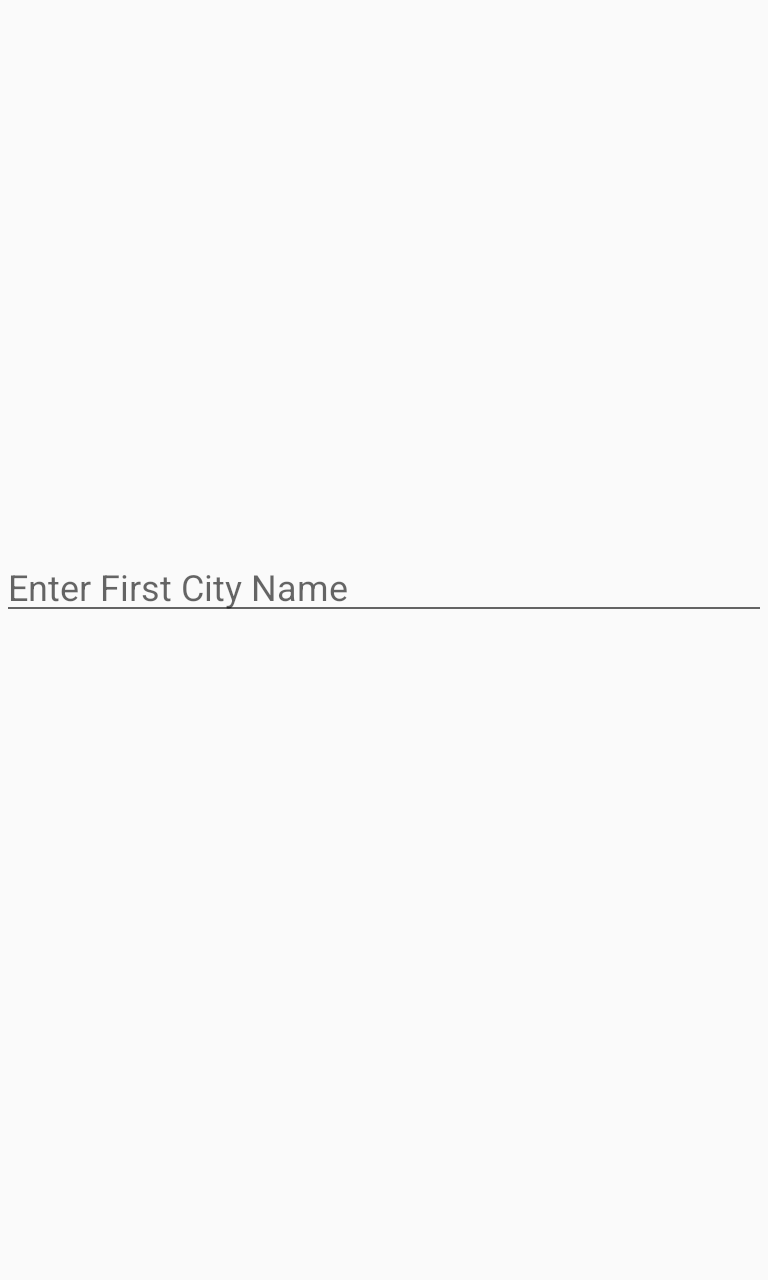
Repository: bhameamit/LeftShiftTask
Layout: LeftShiftTask/LeftShiftTak/res/layout/activity_main.xml
An editor plug-in stored every save of this project. The layout is shown before and after the next save, followed by the edit.
It is drawn on a 768 x 1280 px phone screen (xhdpi) without system bars, with theme AppTheme; the app's code is not run.

Above is the layout before, as saved 2015-02-17 16:18:57.

After the next save:
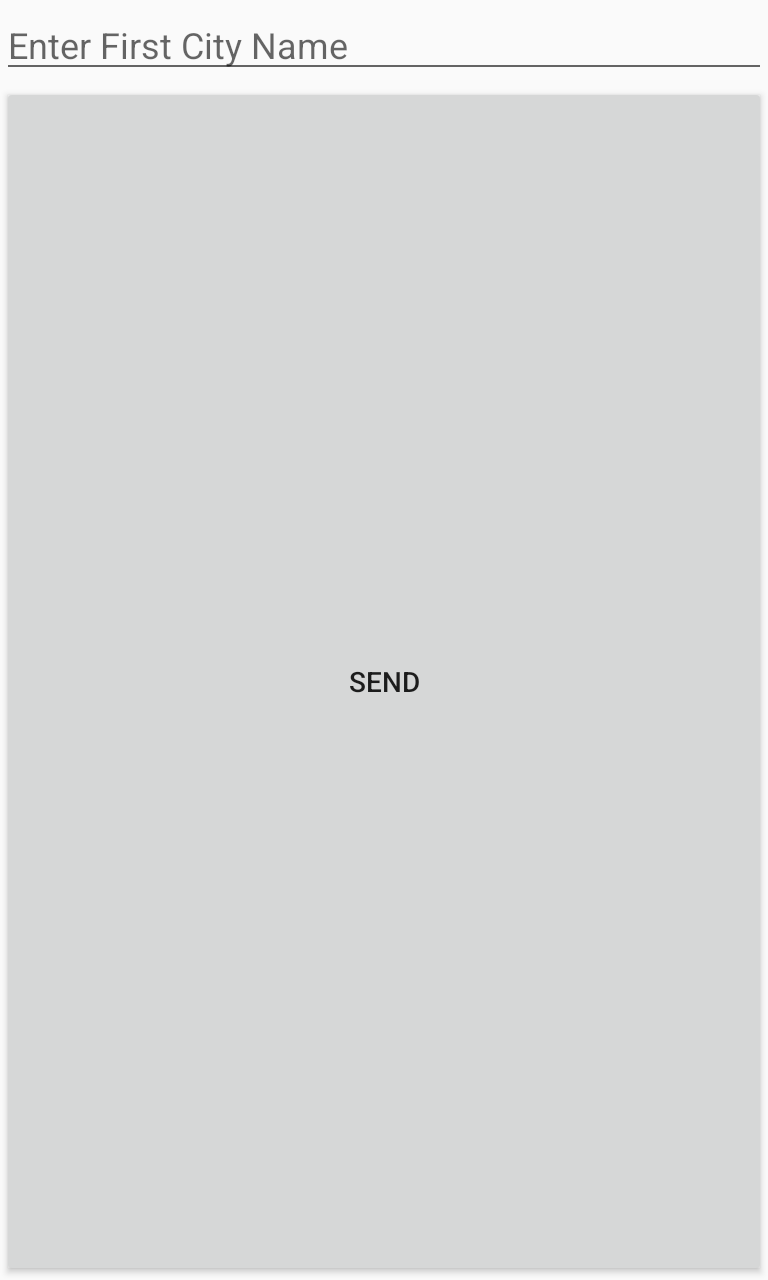
Saved 7 s later.
--- a/LeftShiftTask/LeftShiftTak/res/layout/activity_main.xml
+++ b/LeftShiftTask/LeftShiftTak/res/layout/activity_main.xml
@@ -2,7 +2,8 @@
     xmlns:tools="http://schemas.android.com/tools"
     android:layout_width="match_parent"
     android:layout_height="match_parent"
-    tools:context="com.example.leftshifttak.MainActivity" >
+    tools:context="com.example.leftshifttak.MainActivity"
+    android:orientation="vertical" >
 
     <EditText
         android:id="@+id/city1"
